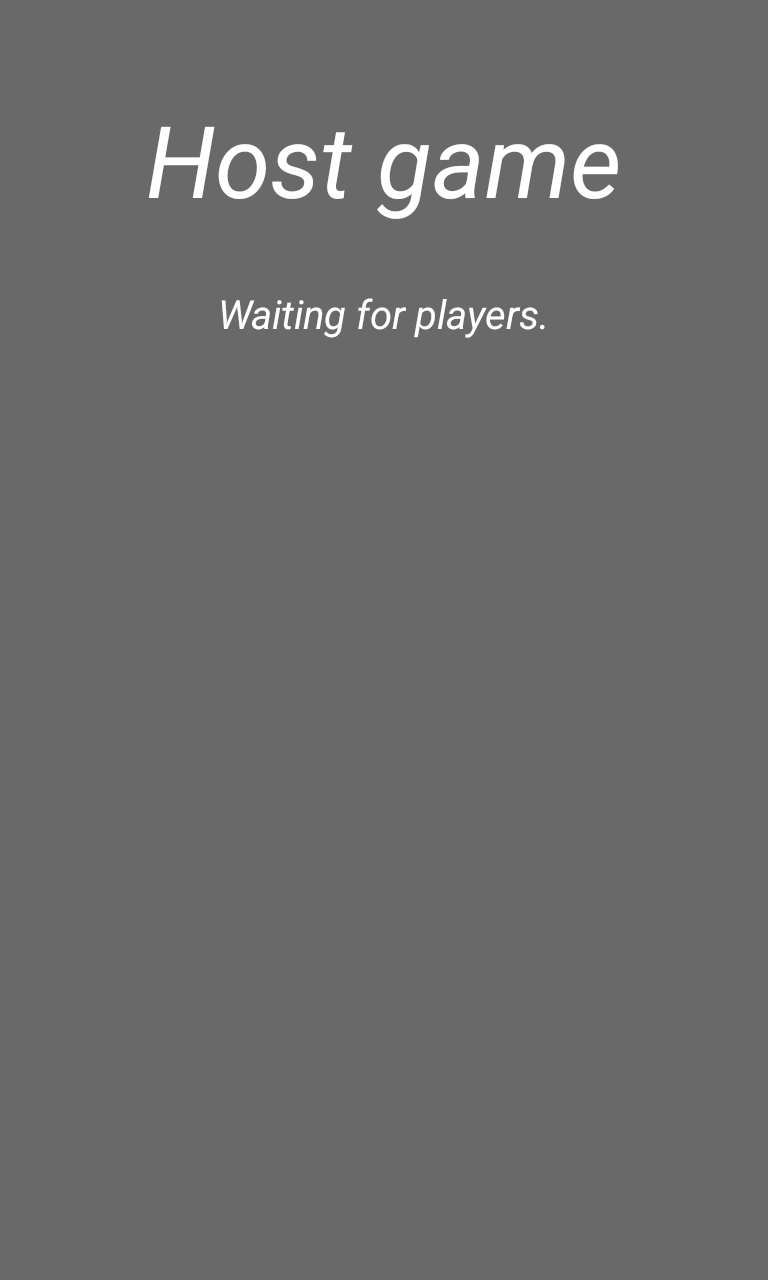
Repository: Hannanina/GuessTag
Layout: GuessTag/res/layout/activity_wait_host.xml
An editor plug-in stored every save of this project. The layout is shown before and after the next save, followed by the edit.
It is drawn on a 768 x 1280 px phone screen (xhdpi) without system bars, with theme AppTheme; the app's code is not run.

Above is the layout before, as saved 2014-12-10 13:50:48.

After the next save:
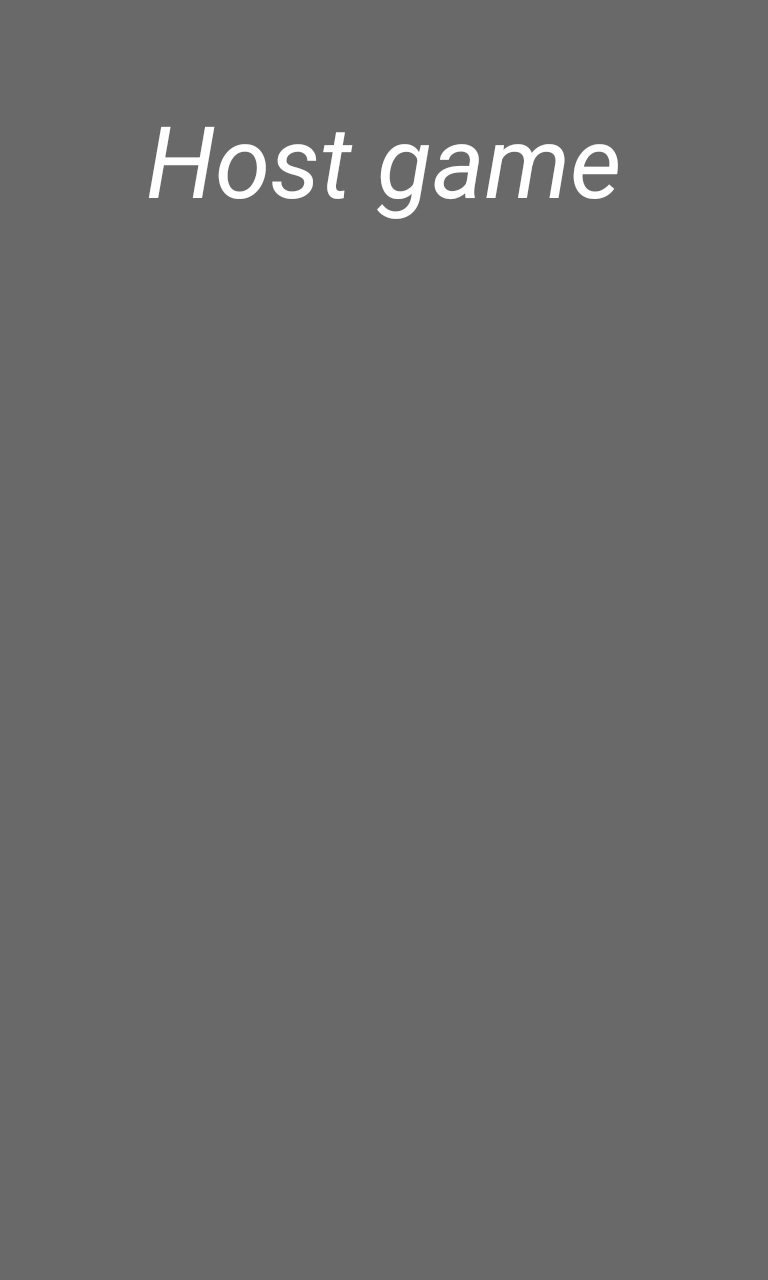
Saved 65 s later.
--- a/GuessTag/res/layout/activity_wait_host.xml
+++ b/GuessTag/res/layout/activity_wait_host.xml
@@ -23,17 +23,20 @@
 	    android:textColor="@color/White">
     </TextView>
 
-    <TextView
-        android:id="@+id/waiting_for_players"
-        android:layout_marginTop="15dp"
-        android:layout_marginBottom="15dp"
-        android:layout_width="wrap_content"
-	    android:layout_height="wrap_content"
-	    android:layout_gravity="center"
-	    android:text="@string/waiting_for_players"
-	    android:textStyle="italic"
-	    android:textSize="20sp"
-	    android:textColor="@color/White">
-    </TextView>
+    <LinearLayout
+         >
+   		<TextView
+        	android:id="@+id/waiting_for_players"
+        	android:layout_marginTop="15dp"
+        	android:layout_marginBottom="15dp"
+        	android:layout_width="wrap_content"
+	    	android:layout_height="wrap_content"
+	    	android:layout_gravity="center"
+	    	android:text="@string/waiting_for_players"
+	    	android:textStyle="italic"
+	    	android:textSize="20sp"
+	    	android:textColor="@color/White">
+    	</TextView>
+    </LinearLayout>
 
 </LinearLayout>

After the 2 saves that followed:
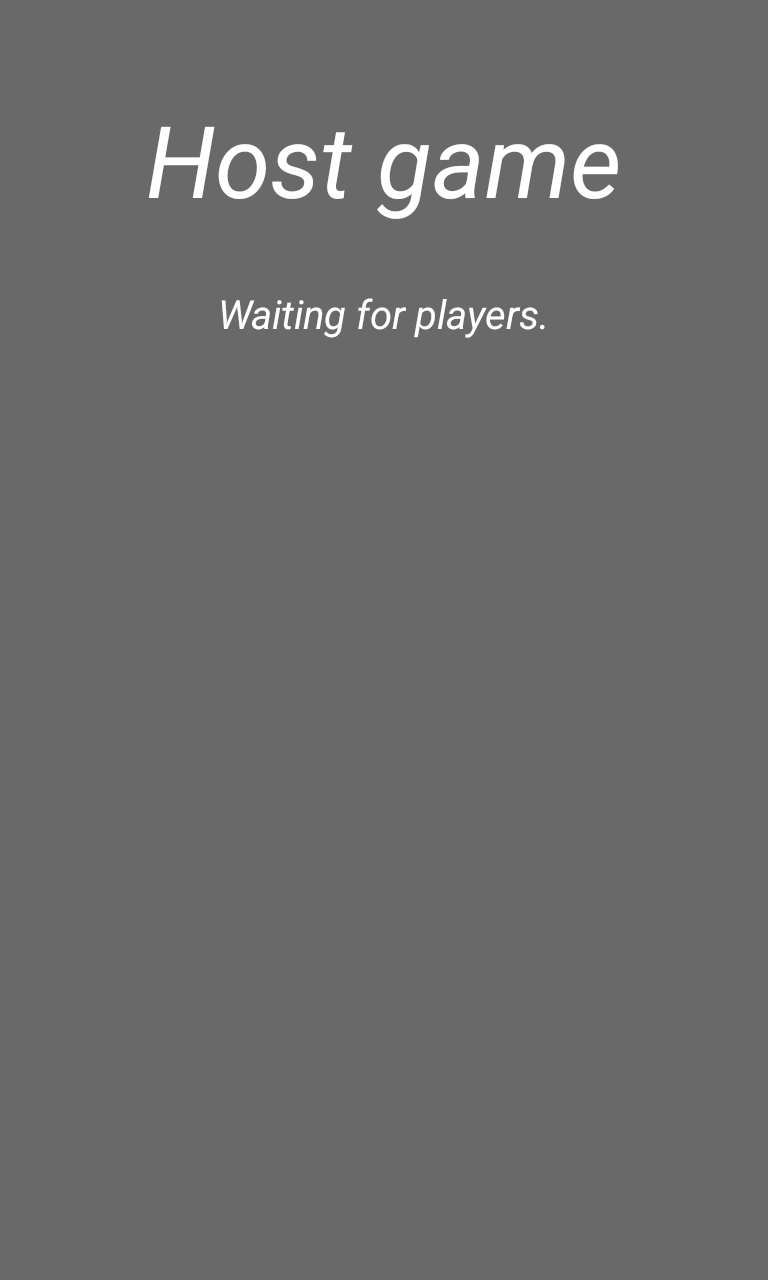
The 2 saves are shown as one change because 1 left the picture as it was.
The last was saved 36 s later.
--- a/GuessTag/res/layout/activity_wait_host.xml
+++ b/GuessTag/res/layout/activity_wait_host.xml
@@ -24,7 +24,11 @@
     </TextView>
 
     <LinearLayout
-         >
+        android:id="@+id/input_container"
+        android:orientation="vertical"
+        android:layout_width="200dp"
+        android:layout_height="96dp"
+        android:layout_gravity="center" >
    		<TextView
         	android:id="@+id/waiting_for_players"
         	android:layout_marginTop="15dp"
